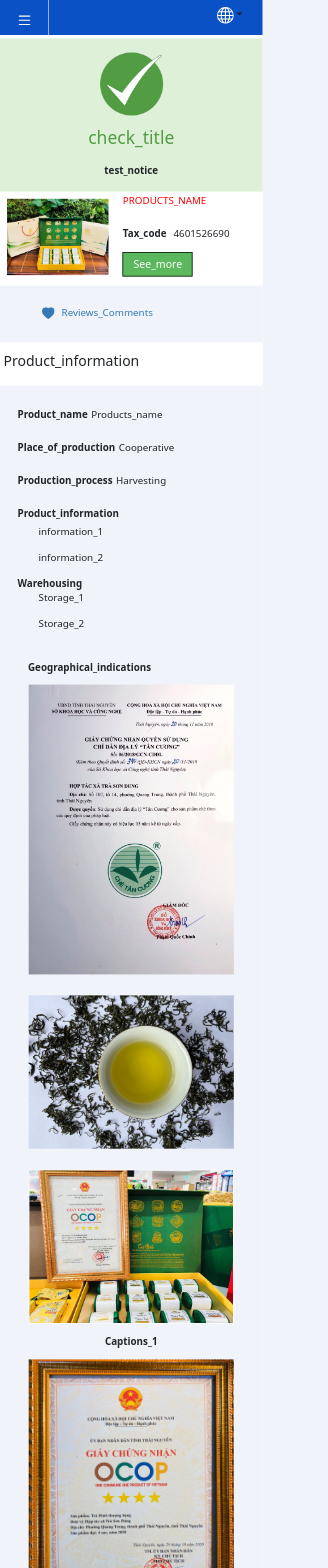
Repository: tuan842001/Tra-son-dung
Page: /
These files come from the project's save history. The page is drawn as it stood at one moment and after the next save; the edit follows.
The browser window is 375 px wide. The page is 469 px wide, so the pictures cover 469 px, including what lies to the right of the window. The pictures show the part of the page from y = 0 to 2240 px (the page is 3773 px tall before and 3774 px after), at 70% of full size.
The project was rebuilt for these pictures with package versions that can differ from the ones it lists, and the page was loaded fresh each time.

Above is the page before, as saved 2021-10-10 14:17:17.

### public/index.html
<!DOCTYPE html>
<html lang="en">
  <head>
    <meta charset="utf-8" />
    <link rel="icon" href="%PUBLIC_URL%/favicon.ico" />
    <meta name="viewport" content="width=device-width, initial-scale=1" />
    <meta name="theme-color" content="#000000" />
    <meta
      name="description"
      content="Web site created using create-react-app"
    />
    <link rel="apple-touch-icon" href="%PUBLIC_URL%/logo192.png" />
    <link rel="preconnect" href="https://fonts.googleapis.com">
    <link rel="preconnect" href="https://fonts.gstatic.com" crossorigin>
    <link href="https://fonts.googleapis.com/css2?family=Lora:ital,wght@0,400;0,500;0,600;0,700;1,400;1,500;1,600;1,700&display=swap" rel="stylesheet">
    <link rel="manifest" href="%PUBLIC_URL%/manifest.json" />

    <title>Tra Son Dung</title>
  </head>
  <body>
    <noscript>You need to enable JavaScript to run this app.</noscript>
    <div id="root"></div>

  </body>
</html>

### src/index.js
import React, { Suspense } from 'react';
import ReactDOM from 'react-dom';
import App from './App';
import i18n from "i18next";
import { initReactI18next } from "react-i18next";
import LanguageDetector from 'i18next-browser-languagedetector';
import HttpApi from 'i18next-http-backend';
import 'bootstrap/dist/js/bootstrap.js'

import 'bootstrap/dist/css/bootstrap.min.css'
import 'flag-icon-css/css/flag-icon.min.css'


i18n
  .use(initReactI18next) // passes i18n down to react-i18next
  .use(LanguageDetector)
  .use(HttpApi)
  .init({
    supportedLngs:['vn','en'],
    fallbackLng: "vn",
    detection: {
      order: ['path', 'cookie', 'htmlTag', 'localStorage', 'subdomain'],
      caches: ['cookie'],
    },
    backend: {
      loadPath: '/assets/locales/{{lng}}/translation.json',
    }
  });

const loadingMarkup = (
  <div className="py-4 text-center">
    <h2>Loading...</h2>
  </div>
)

ReactDOM.render(
  <Suspense fallback={loadingMarkup}>
    <React.StrictMode>
      <App />
    </React.StrictMode>
  </Suspense>,
  document.getElementById('root')
);

### src/App.js
import React, { useEffect } from 'react'
import {useTranslation } from "react-i18next";
import i18next from "i18next";
import cookies from "js-cookie";
import './App.css';

const languages = [
  {
    code: 'vn',
    name: 'Tiếng Việt',
    country_code: 'vn',
  },
  {
    code: 'en',
    name: 'Tiếng Anh',
    country_code: 'gb',
  },
]

const GlobeIcon = ({width = 24, height = 24}) => (
  <svg xmlns="http://www.w3.org/2000/svg" width={width} height={height} fill="currentColor" class="bi bi-globe" viewBox="0 0 16 16">
  <path color = "#ffffff" d="M0 8a8 8 0 1 1 16 0A8 8 0 0 1 0 8zm7.5-6.923c-.67.204-1.335.82-1.887 1.855A7.97 7.97 0 0 0 5.145 4H7.5V1.077zM4.09 4a9.267 9.267 0 0 1 .64-1.539 6.7 6.7 0 0 1 .597-.933A7.025 7.025 0 0 0 2.255 4H4.09zm-.582 3.5c.03-.877.138-1.718.312-2.5H1.674a6.958 6.958 0 0 0-.656 2.5h2.49zM4.847 5a12.5 12.5 0 0 0-.338 2.5H7.5V5H4.847zM8.5 5v2.5h2.99a12.495 12.495 0 0 0-.337-2.5H8.5zM4.51 8.5a12.5 12.5 0 0 0 .337 2.5H7.5V8.5H4.51zm3.99 0V11h2.653c.187-.765.306-1.608.338-2.5H8.5zM5.145 12c.138.386.295.744.468 1.068.552 1.035 1.218 1.65 1.887 1.855V12H5.145zm.182 2.472a6.696 6.696 0 0 1-.597-.933A9.268 9.268 0 0 1 4.09 12H2.255a7.024 7.024 0 0 0 3.072 2.472zM3.82 11a13.652 13.652 0 0 1-.312-2.5h-2.49c.062.89.291 1.733.656 2.5H3.82zm6.853 3.472A7.024 7.024 0 0 0 13.745 12H11.91a9.27 9.27 0 0 1-.64 1.539 6.688 6.688 0 0 1-.597.933zM8.5 12v2.923c.67-.204 1.335-.82 1.887-1.855.173-.324.33-.682.468-1.068H8.5zm3.68-1h2.146c.365-.767.594-1.61.656-2.5h-2.49a13.65 13.65 0 0 1-.312 2.5zm2.802-3.5a6.959 6.959 0 0 0-.656-2.5H12.18c.174.782.282 1.623.312 2.5h2.49zM11.27 2.461c.247.464.462.98.64 1.539h1.835a7.024 7.024 0 0 0-3.072-2.472c.218.284.418.598.597.933zM10.855 4a7.966 7.966 0 0 0-.468-1.068C9.835 1.897 9.17 1.282 8.5 1.077V4h2.355z"  />
</svg>
)

const ListIcon = ({width = 24, height = 24}) => (
  <svg xmlns="http://www.w3.org/2000/svg" width={width} height={height} fill="currentColor" class="bi bi-list" viewBox="0 0 16 16">
  <path fill-rule="evenodd" d="M2.5 12a.5.5 0 0 1 .5-.5h10a.5.5 0 0 1 0 1H3a.5.5 0 0 1-.5-.5zm0-4a.5.5 0 0 1 .5-.5h10a.5.5 0 0 1 0 1H3a.5.5 0 0 1-.5-.5zm0-4a.5.5 0 0 1 .5-.5h10a.5.5 0 0 1 0 1H3a.5.5 0 0 1-.5-.5z"/>
</svg>
)

const MapIcon = ({width = 18, height = 18}) =>(
  <svg xmlns="http://www.w3.org/2000/svg" width={width} height={height} fill="currentColor" class="bi bi-geo-alt-fill" viewBox="0 0 16 16">
  <path d="M8 16s6-5.686 6-10A6 6 0 0 0 2 6c0 4.314 6 10 6 10zm0-7a3 3 0 1 1 0-6 3 3 0 0 1 0 6z"/>
</svg>
)
const PhoneIcon = ({width = 18, height = 18}) =>(
  <svg xmlns="http://www.w3.org/2000/svg" width={width} height={height} fill="currentColor" class="bi bi-telephone-fill" viewBox="0 0 16 16">
  <path fill-rule="evenodd" d="M1.885.511a1.745 1.745 0 0 1 2.61.163L6.29 2.98c.329.423.445.974.315 1.494l-.547 2.19a.678.678 0 0 0 .178.643l2.457 2.457a.678.678 0 0 0 .644.178l2.189-.547a1.745 1.745 0 0 1 1.494.315l2.306 1.794c.829.645.905 1.87.163 2.611l-1.034 1.034c-.74.74-1.846 1.065-2.877.702a18.634 18.634 0 0 1-7.01-4.42 18.634 18.634 0 0 1-4.42-7.009c-.362-1.03-.037-2.137.703-2.877L1.885.511z"/>
</svg>
)

const EmailIcon = ({width = 18, height = 18}) =>(
  <svg xmlns="http://www.w3.org/2000/svg" width={width} height={height} fill="currentColor" class="bi bi-envelope-fill" viewBox="0 0 16 16">
  <path d="M.05 3.555A2 2 0 0 1 2 2h12a2 2 0 0 1 1.95 1.555L8 8.414.05 3.555zM0 4.697v7.104l5.803-3.558L0 4.697zM6.761 8.83l-6.57 4.027A2 2 0 0 0 2 14h12a2 2 0 0 0 1.808-1.144l-6.57-4.027L8 9.586l-1.239-.757zm3.436-.586L16 11.801V4.697l-5.803 3.546z"/>
</svg>
)

function App() {
  const currentLanguageCode = cookies.get('i18next') || 'en'
  const currentLanguage = languages.find(l => l.code === currentLanguageCode)
  const { t } = useTranslation()

  useEffect(() => {

    document.title = t('app_title')
  }, [currentLanguage, t])


  return (
    <div className="container-bar">
      <div className="topbar">
        <div className="top-left">
          <button type="button" class="btn-login" data-bs-toggle="modal" data-bs-target="#exampleModal">
            <ListIcon />
          </button>

          <div class="modal fade" id="exampleModal" tabindex="-1" aria-labelledby="exampleModalLabel" aria-hidden="true">
            <div class="modal-dialog">
              <div class="modal-content1">
                <div class="modal-header">
                  <h5 class="modal-title" id="exampleModalLabel">Đăng nhập</h5>
                  <button type="button" class="btn-close" data-bs-dismiss="modal" aria-label="Close"></button>
                </div>
                <div class="modal-body">
                  <div class="dropdowns">
                    <form class="px-4 py-3">
                      <div class="mb-3">
                        <label for="exampleDropdownFormEmail1" class="form-label">Email</label>
                        <input type="email" class="form-control" id="exampleDropdownFormEmail1" placeholder="email@gmail.com" />
                      </div>
                      <div class="mb-3">
                        <label for="exampleDropdownFormPassword1" class="form-label">Mật khẩu</label>
                        <input type="password" class="form-control" id="exampleDropdownFormPassword1" placeholder="Nhập mật khẩu của bạn" />
                      </div>
                      <div class="mb-3">
                        <div class="form-check">
                          <input type="checkbox" class="form-check-input" id="dropdownCheck" />
                          <label class="form-check-label" for="dropdownCheck">
                            Nhớ tài khoản
                          </label>
                        </div>
                      </div>
                      <button type="submit" class="btn btn-primary">Đăng nhập</button>
                    </form>
                    <div class="dropdown-divider"></div>
                    <a class="dropdown-item" href="#">Bạn chưa có tài khoản? Đăng ký</a>
                    <a class="dropdown-item" href="#">Quên mật khẩu?</a>
                  </div>
                </div>
              </div>
            </div>
          </div>
        </div>

        <div className="top-right">
            <div className="dropdown">
              <div className="btn-language dropdown-toggle" type="button" id="dropdownMenuButton1" data-bs-toggle="dropdown" aria-expanded="false">
                < GlobeIcon />
              </div>


              <ul className="dropdown-menu" aria-labelledby="dropdownMenuButton1">
                <li>
                  <span className="dropdown-item-text">
                    {t('language')}
                  </span>
                </li>
                {languages.map(({ code, name, country_code}) => (
                <li key={country_code}>
                  <button className="dropdown-item" onClick={() => i18next.changeLanguage(code)}
                  disabled={code === currentLanguageCode}>
                    <span className={`flag-icon flag-icon-${country_code} mx-2`} style={{ opacity: code === currentLanguageCode ? 0.5 : 1}}></span>
                    {name}
                  </button>
                </li>
                ))}
              </ul>
            </div>
        </div>
      </div>


       <div className="check">
          <img
            src={
              process.env.PUBLIC_URL +
              './img/check.png'
            }
          />
          <h2>{t('check_title')}</h2>
          <b>{t('test_notice')}</b>
      </div>


    {/* ----Tên sản phẩm và đánh giá sản phầm----- */}

    <section className="header">
      <div className="container1">
        <div claas="widget-news">
          <img className="logo" src="./img/hinh-san-pham.jpg" />
        </div>
        <div className="information">
          <h4>
            {t('Products_name')}
          </h4>
          <p>
            <b>{t('Tax_code')}</b>
            4601526690
          </p>
          <button name="button" value="OK" type="button" onclick="hello()">{t('See_more')}</button>
        </div>
      </div>

      <div className="rate">
        <div className="rate-btn">

          <button type="button" class="btn-reviews" data-bs-toggle="modal" data-bs-target="#staticBackdrop">
            <span className="hart">
              <svg xmlns="http://www.w3.org/2000/svg" width="18" height="18" fill="currentColor" class="bi bi-heart-fill" viewBox="0 0 16 16">
                <path fill-rule="evenodd" d="M8 1.314C12.438-3.248 23.534 4.735 8 15-7.534 4.736 3.562-3.248 8 1.314z"/>
              </svg>
            </span>

            <p>{t('Reviews_Comments')}</p>

            <div id="rating">
              <input type="radio" id="star5" name="rating" value="5" />
              <label className = "full" for="star5" title="Awesome - 5 stars"></label>

              <input type="radio" id="star4" name="rating" value="4" />
              <label className = "full" for="star4" title="Pretty good - 4 stars"></label>

              <input type="radio" id="star3" name="rating" value="3" />
              <label className = "full" for="star3" title="Meh - 3 stars"></label>

              <input type="radio" id="star2" name="rating" value="2" />
              <label className = "full" for="star2" title="Kinda bad - 2 stars"></label>

              <input type="radio" id="star1" name="rating" value="1" />
              <label className = "full" for="star1" title="Sucks big time - 1 star"></label>
            </div>
          </button>

          <div class="modal fade" id="staticBackdrop" data-bs-backdrop="static" data-bs-keyboard="false" tabindex="-1" aria-labelledby="staticBackdropLabel" aria-hidden="true">
            <div class="modal-dialog">
              <div class="modal-content">
                <div class="modal-header">
                  <h5 class="modal-title" id="staticBackdropLabel">GỬI BÌNH LUẬN</h5>
                  <button type="button" class="btn-close" data-bs-dismiss="modal" aria-label="Close"></button>
                </div>


                <div class="modal-body">
                  {/*  */}


                  <div className="divmb3">
                    <div class="mb-3">
                    <label for="exampleDropdownFormEmail2" class="form-label">Tên hiển thị</label>
                      <input type="text" class="form-control" id="exampleDropdownFormEmail2" />
                    </div>
                    <div class="mb-3">
                      <label label for="exampleDropdownFormEmail2" class="form-label">Email</label>
                      <input type="email" class="form-control" id="exampleDropdownFormPassword2" />
                    </div>
                  </div>

                  <div class="mb-3">
                    <label for="exampleFormControlTextarea1" class="form-label">Bình luận</label>
                    <textarea class="form-control" id="exampleFormControlTextarea1" placeholder="Nhập cảm nhận của bạn về sản phẩm" rows="5"></textarea>
                  </div>
                  <button type="button" class="btn btn-secondary" data-bs-dismiss="modal">Gửi</button>

                  {/*  */}
                </div>
              </div>
            </div>
          </div>






          {/*  */}
        </div>
      </div>
    </section>

                {/* Thông tin sản phẩm */}

    <section>
      <div className="title-head">
        <h5>{t('Product_information')}</h5>
      </div>

      <div className="porlet-body">
        <div className="body-top">
          <span>
            <p><b>{t('Product_name')}</b>{t('Products_name')}</p>
          </span>
          <span>
            <p><b>{t('Place_of_production')}</b>{t('Cooperative')}</p>
          </span>
          <span>
            <p><b>{t('Production_process')}</b>{t('Harvesting')}</p>
          </span>
          <span className="thong-tin-san-pham" >
            <b> {t('Product_information')} </b>
          </span>

          <div className="thong-tin">
            <p>
              {t('information_1')}
            </p>
            <p>
              {t('information_2')}
            </p>
            <b>{t('Warehousing')}</b>
            <p>{t('Storage_1')}</p>
            <p>{t('Storage_2')}</p>
          </div>
        </div>

        <div className="geography">
          <span><b>{t('Geographical_indications')}</b></span> <br />
          <div className="anh">
            <img src="img/giay-chung-nhan-quyen-su-dung.jpg" />
            <img src="img/san-pham.jpg" />
            <img src="img/sanpham.jpg" />
            <div>
              <b>{t('Captions_1')}</b>
            </div>
            <div className="giay-chung-nhan">
              <img src="img/giay-chung-nhan-OCOP.jpg" />
              <img src="img/chung-nhan-sp-cn-nông-thon-tieu-bieu.jpg" />
            </div>
            <div>
              <b> {t('Captions_2')} </b> <br />
              <b> {t('Certificate')} </b>
            </div>
            <img src="img/giay-chung-nhan.jpg" />
            <div>
              <p>
                {t('Like_tea')}
              </p>
            </div>
            <div>
              <p>
                <b>
                  {t('Household_Code')}
                </b>
                {t('Captions_3')}
              </p>
            </div>
          </div>
        </div>

        <div className="body-midle">
          <p className="tile-midle"> {t('Cooperative_SD')} </p>
          <span className="span-midle">
            <p><b>{t('Type_of_activity')}</b> {t('Cooperative2')} </p>
          </span>
          <span className="span-midle">
            <p>
              <b> {t('Tax_code')} </b>
              4601526690
            </p>
          </span>
          <span className="span-midle1">
            <p>
              <b> {t('Address')} </b>
              {t('Address_number')}
            </p>
          </span>
          <span className="span-midle">
            <p>
              <b>{t('Legal_representatives')}</b>
              {t('Name_representatives')}
            </p>
          </span>
          <span className="span-midle">
            <p>
              <b> {t('Tax_code')} </b>
              4601526690
            </p>
          </span>
          <span className="span-midle">
            <p>
              <b> {t('First_time_license_date')} </b>
              19/10/2018
            </p>
          </span>
          <span className="span-midle">
            <p>
              <b> {t('Phone_number')} </b>
              0985880333
            </p>
          </span>
        </div>
      </div>
    </section>

    <section>
        <div className="body-bottom">
            <div className="bottom-tile">
                <b> {t('Ownership')} </b>
            </div>
            <div>
                <b>{t('Cooperative')}</b>
            </div>
            <div className="Contact-info">
              <div className="Contact_Address">
                <MapIcon />
                <p>
                  <b> {t('Address')} </b>
                  {t('Address_number')}
                </p>
            </div>
            <div className="bottom-tile-div">
                <PhoneIcon />
                <p>
                  <b> {t('Phone_number')} </b>
                  0985880333
                </p>
            </div>
            <div className="bottom-tile-div">
                <EmailIcon />
                <p>
                  <b>Email:</b>
                  Sondungtra@gmail.com
                </p>
            </div>
            </div>
        </div>
    </section>


  </div>

  );
}

export default App;

### src/App.css

:root {
  font-size: 1rem;
  font-family: 'Lora', serif;
  background-color: #f1f3fa;

}

* {
margin: 0px;
padding: 0px;
box-sizing: border-box;
font-size:18px;

}

body {
font-size: 1rem;
font-family: 'Oswald', sans-serif;
background-color: #f1f3fa;
}


.topbar {
display: inline-block;
background-color: #0a51c5;
position:relative;
height: 50px !important;
min-height: 50px !important;
width: 100%;
border: 0px;
margin: 0;
padding: 0px;
box-shadow: none;
filter: none;
}

.btn-login {
  display: inline-block;
  font-weight: 500;
  line-height: 4.5;
  color: #fff;
  text-align: center;
  text-decoration: none;
  vertical-align: middle;
  cursor: pointer;
  -webkit-user-select: none;
  user-select: none;
  background-color: transparent;
  border: 1px solid transparent;
  padding: 0.375rem .75rem;
  font-size: 0rem;
  transition: color .15s ease-in-out,background-color .15s ease-in-out,border-color .15s ease-in-out,box-shadow .15s ease-in-out;
}
.modal-content1 {
position: relative;
  display: flex;
  flex-direction: column;
  width: 100%;
  pointer-events: auto;
  background-color: #fff;
  background-clip: padding-box;
  border: 1px solid rgba(0,0,0,.2);
  border-radius: .3rem;
  outline: 0;
}
.top-left {
  display: block;
  background-color: #0a51c5;
  width: 70px;
  height: 50px;
  float: left;
  border-right: 1px solid #dce0ec !important;
  border: none;
  padding: 10px;
  cursor: pointer;
}
.top-right{
border-left: 1px solid #dce0ec !important;
}
.btn-language{
float: right !important;
width: 75px;
height: 50px;
padding: 10px 10px;
cursor: pointer;
}

.check {
background-color: #dff0d8;
padding: 20px;
text-align: center;
}
.check h2 {
font-size: 25px;
padding: 15px;
color: #529d44;
}
.check img {
width: 100px;
}

.container1 {
display: flex;
background-color: #ffffff;
padding:5px 5px 10px;
}
.logo {
margin: 15px;
height: 127px;
}
.information {
display: block;
margin: 15px;
}

.information h4 {
color: red;
text-transform: uppercase;
}

.information b{
padding-right: 10px;
}
.information P{
margin:17px 0px;
}

.information button {
background-color: #5cb85c;
width: 100px;
height: 40px;
border-color:#000000;
border-style: solid;
border-width: 1px;
color: #ffffff;
display: inline-block;
font-size: 15px;
text-align: center;
cursor: pointer;
}


.rate {
background-color: #f1f3fa;
}
.rate-btn p:hover{
color: #FFD700;
}
.rate-btn {
display: flex;
color:#337ab7;
padding:15px 12px 20px 35px;
text-align:center;
align-items: center;
cursor: pointer;
width: 444px;
}
.hart path {
color:#337ab7;
}

.btn-reviews {
display: contents;
-webkit-user-select: none;
user-select: none;
background-color: transparent;
border: 1px solid transparent;
font-size: 0rem;
transition: color .15s ease-in-out,background-color .15s ease-in-out,border-color .15s ease-in-out,box-shadow .15s ease-in-out;
}
.rate-btn p {
color:#337ab7;
margin:0px 10px;
}

.rate-btn i {
color:#337ab7;
}

#rating {
color:#337ab7;
cursor: pointer;
}
#rating label{
cursor: pointer;
}

.divmb3 {
display: flex;
justify-content: space-between;
}

.title-head {
background-color: #ffffff;
padding: 15px 5px;
}
.title-head b {
font-size: 20px;
}

.porlet-body {
padding: 25px;
background-color: #f1f3fa;
}
.body-top span {
display: flex;
}
.body-top b {
padding-right: 5px;
}

.thong-tin-san-pham {
padding: 20px 0px;
}
.thong-tin p {
text-indent:30px;
text-align: justify;
}

.geography{
padding: 25px 0px;

}

.geography b {
font-size: 20px;
}
.anh {
text-align: center;
}
.geography img{
display: inline-flexbox;
width:50%;
height:100%;
margin: 50px;
}
.giay-chung-nhan {
display: inline-flex;
width: 80%;
justify-content: center;
}

.body-midle {
line-height: 0.6;
}
.tile-midle {
margin-bottom: 20px;
text-transform: uppercase;
}
.span-midle, .span-midle1 {
display: flex;
}
.span-midle b, .span-midle1 b {
color: #ff8c00;
padding-right: 10px;
}
.span-midle1 {
line-height: normal;
}
.body-bottom {
background-color: #ffffff;
padding: 25px;
}

.bottom-tile {
padding: 15px 0px;
border-color:#f1f3fa;
border-bottom: solid;
border-width: 0.01px;
}
.body-bottom  {
display: block;
}
.bottom-tile-div {
align-items: baseline;
}


.body-bottom div b, i {
padding-right: 10px;
}
.Contact-info {
line-height: 0.5;
padding-top: 10px;
}
.Contact-info p{
padding-left: 10px;
}
.Contact-info div {
display: flex;
}
.Contact_Address {
align-items: baseline;
}

div.stars {
width: 270px;
display: inline-block;
}

input.star { display: none; }

label.star {
float: right;
padding: 10px;
font-size: 36px;
color: #444;
transition: all .2s;
}



@import url(//netdna.bootstrapcdn.com/font-awesome/3.2.1/css/font-awesome.css);

/****** Style Star Rating Widget *****/
#rating{border:none;float:left;}
#rating>input{display:none;}/*ẩn input radio - vì chúng ta đã có label là GUI*/
#rating>label:before{margin:5px;font-size:1.25em;font-family:FontAwesome;display:inline-block;content:"\f005";}/*1 ngôi sao*/
#rating>.half:before{content:"\f089";position:absolute;}/*0.5 ngôi sao*/
#rating>label{color:#ddd;float:right;}/*float:right để lật ngược các ngôi sao lại đúng theo thứ tự trong thực tế*/
/*thêm màu cho sao đã chọn và các ngôi sao phía trước*/
#rating>input:checked~label,
#rating:not(:checked)>label:hover,
#rating:not(:checked)>label:hover~label{color:#FFD700;}
/* Hover vào các sao phía trước ngôi sao đã chọn*/
#rating>input:checked+label:hover,
#rating>input:checked~label:hover,
#rating>label:hover~input:checked~label,
#rating>input:checked~label:hover~label{color:#FFED85;}


/* Star CSS Mobile */

@media only screen and (max-width:1200px) {
  /* Your code CSS */
}

@media only screen and (max-width:996px) {

}

@media only screen and (max-width: 768px) {

}

@media only screen and (max-width: 414px) {
  #root {
    width: 100%;
  }
  * {
      font-size:14px;
  }
  .modal-content1 {
    margin: 33px;
    width: 70%;
  }
  .information h4 {
    font-size: 14px;
  }
  .btn-bars {
      width: 60px;
  }
  #language-btn {
      width: 173px;
  }
  .dropdown-menu.show {
    inset: 0px 15px auto auto;
  }
  .language-form-container{
      width: 200px;
      right: 3%;
  }
  .check img {
      width: 90px;
  }
  .information {
      margin: 0px 15px;
  }
  .logo {
      margin: 5px;
      height: 109px;
  }
  .information h4{
      margin: 0px;
      padding-bottom: 9px;
  }
  .information button {
      width: 100px;
      height: 35px;
  }
  .rate {
      padding: 5px 25px;
  }
  .portlet-body {
      padding: 5px;
  }
  .body-top span{
      padding: 5px 0px;
  }
  .geography img {
      width: 90%;
      margin: 15px 0px;
  }

  .giay-chung-nhan {
    display: contents;
  }
  .geography b {
      font-size: 14px;
      padding: 15px;
  }
  .body-bottom {
      padding: 5px;
  }

  .Contact_Address{
    line-height: normal;
    align-items: normal;
  }
  .Contact_Address svg {
    width: 28px;
    height: 28px;
  }

}

@media only screen and (max-width: 375px) {

}

After the next save:
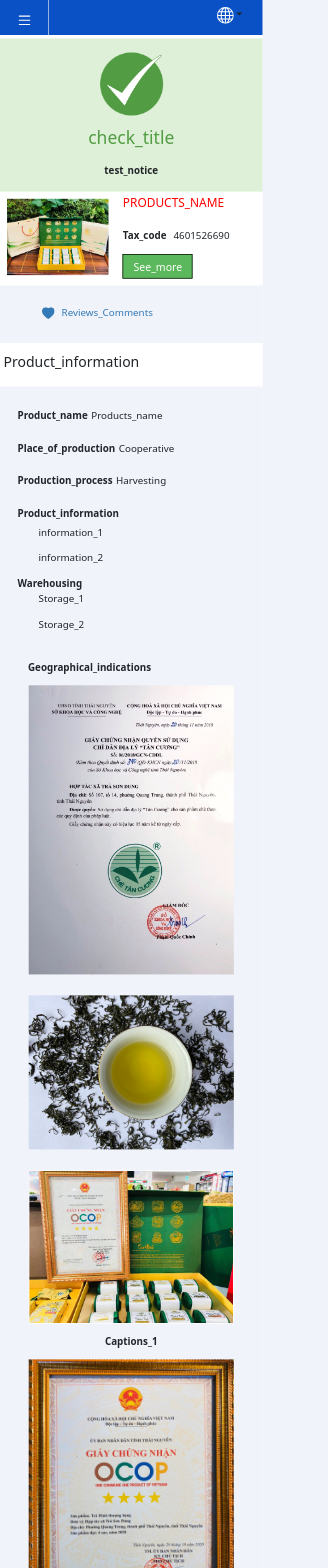
Saved 22 s later.
--- a/src/App.css
+++ b/src/App.css
@@ -356,7 +356,7 @@
     width: 70%;
   }
   .information h4 {
-    font-size: 14px;
+    font-size: 17px;
   }
   .btn-bars {
       width: 60px;
